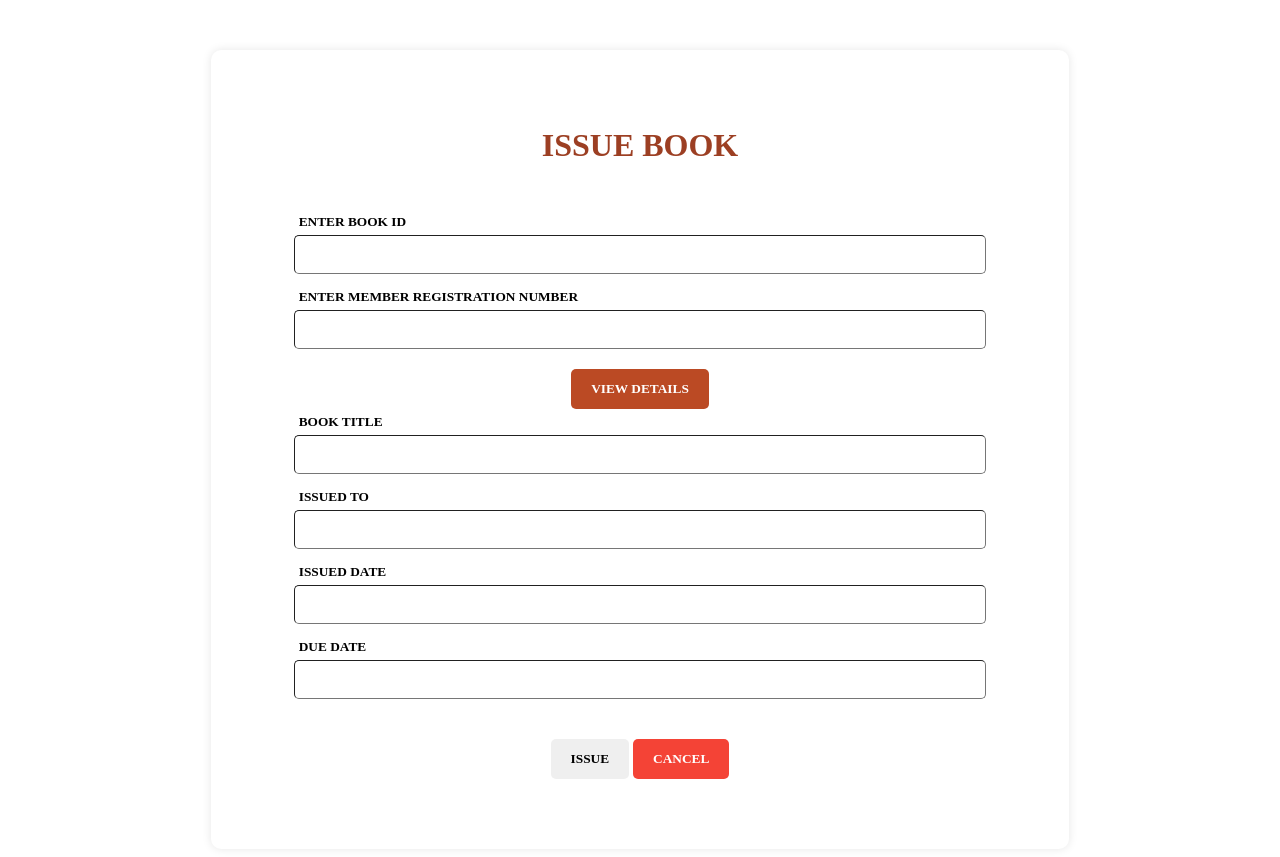
Repository: devikrishna908/RURAL-LIBRARY-MANAGEMENT
Page: http://localhost/library-management/WEB-INF/jsp/book-issue.jsp
An editor plug-in stored every save of this project. The page is shown before and after the next save, followed by the edit.
The browser window is 1280 px wide. The pictures show the whole page.
The page is served by Tomcat 9. Nobody is signed in. The template is opened directly, without the code that normally fills it, so the values that code supplies are empty.

Above is the page before, as saved 2024-05-26 17:34:42.

After the next save:
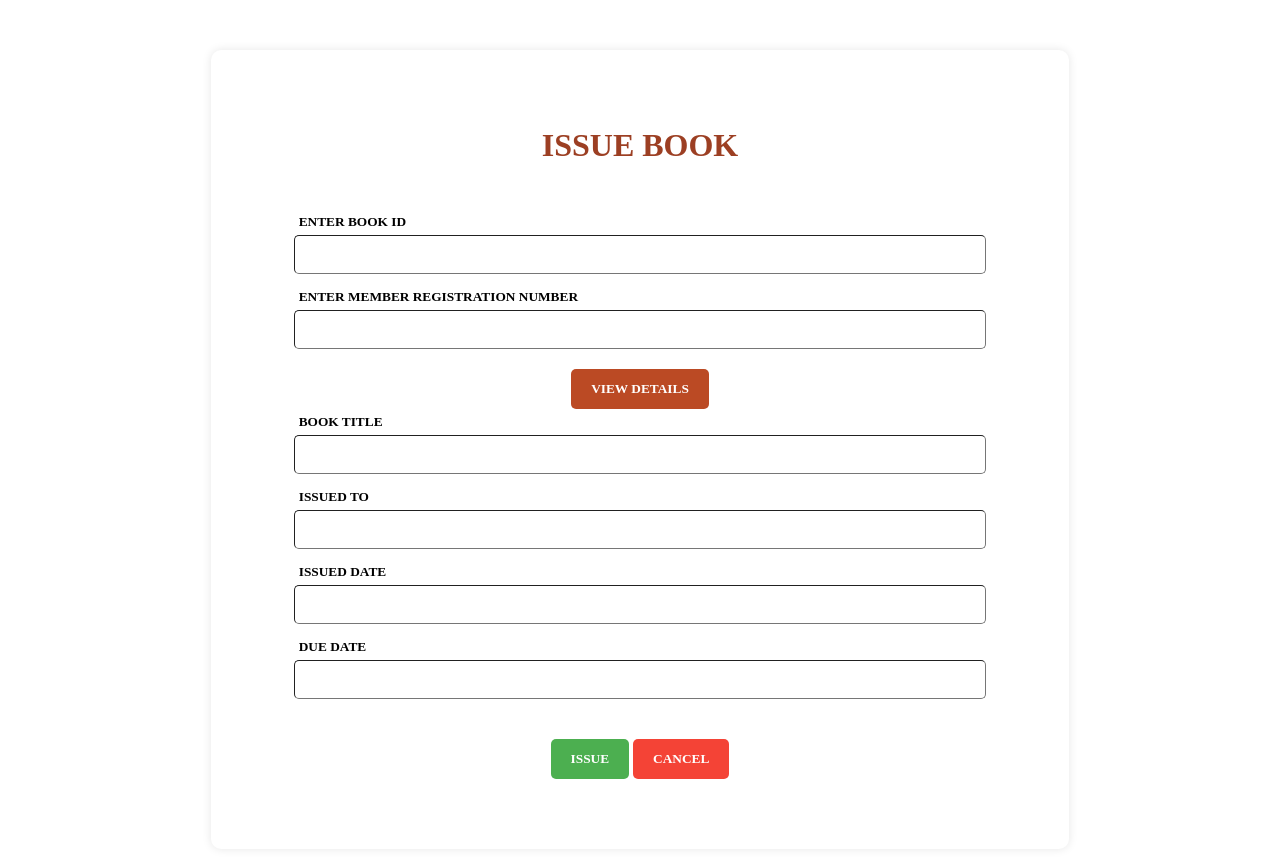
Saved 5 min 51 s later.
--- a/library-management/src/main/webapp/WEB-INF/jsp/book-issue.jsp
+++ b/library-management/src/main/webapp/WEB-INF/jsp/book-issue.jsp
@@ -32,7 +32,7 @@
     		    <input type="text" id="dueDate" name="dueDate" value="${member.status}" readonly><br>
 
 				<div class="input-button">
-					<input type="submit" value="ISSUE" class="insert">
+					<input type="submit" value="ISSUE" class="issue">
 					<input type="button" value="CANCEL" class="cancel" onclick="cancelAction()"> <br>
 				</div>
 			</form>
